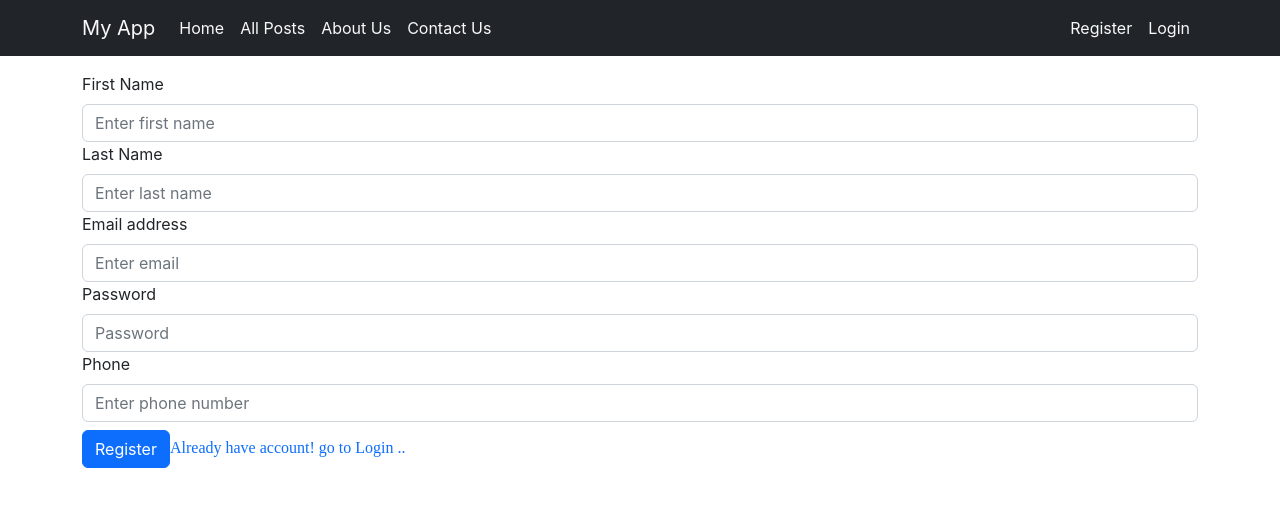
Repository: HiteshKumarMeghwar/react-redux-golang-mysql
Page: /register (app in react-redux/)
These files come from the project's save history. The page is drawn as it stood at one moment and after a run of saves; the edit follows.
The browser window is 1280 px wide. The pictures show the whole page.
Some web libraries are served in a nearby version. The project was rebuilt for these pictures with package versions that can differ from the ones it lists, and the page was loaded fresh each time. Also part of the build but not shown: react-redux/src/App.css, react-redux/src/components/Login.js, react-redux/src/components/Dashboard.js, react-redux/src/components/AllPosts.js, react-redux/src/components/AboutUs.js, react-redux/src/components/ContactUs.js.

Above is the page before, as saved 2023-03-15 11:46:52.

### react-redux/public/index.html
<!DOCTYPE html>
<html lang="en">
  <head>
    <meta charset="utf-8" />
    <link rel="icon" href="%PUBLIC_URL%/favicon.ico" />
    <meta name="viewport" content="width=device-width, initial-scale=1" />
    <meta name="theme-color" content="#000000" />
    <meta
      name="description"
      content="Web site created using create-react-app"
    />
    <link rel="apple-touch-icon" href="%PUBLIC_URL%/logo192.png" />
    <!--
      manifest.json provides metadata used when your web app is installed on a
      user's mobile device or desktop. See https://developers.google.com/web/fundamentals/web-app-manifest/
    -->
    <link rel="manifest" href="%PUBLIC_URL%/manifest.json" />
  <link href="https://cdn.jsdelivr.net/npm/bootstrap@5.0.2/dist/css/bootstrap.min.css" rel="stylesheet" integrity="sha384-EVSTQN3/azprG1Anm3QDgpJLIm9Nao0Yz1ztcQTwFspd3yD65VohhpuuCOmLASjC" crossorigin="anonymous">
  <link rel="stylesheet" href="https://cdnjs.cloudflare.com/ajax/libs/font-awesome/6.3.0/css/all.min.css" integrity="sha512-SzlrxWUlpfuzQ+pcUCosxcglQRNAq/DZjVsC0lE40xsADsfeQoEypE+enwcOiGjk/bSuGGKHEyjSoQ1zVisanQ==" crossorigin="anonymous" referrerpolicy="no-referrer" />
    <!--
      Notice the use of %PUBLIC_URL% in the tags above.
      It will be replaced with the URL of the `public` folder during the build.
      Only files inside the `public` folder can be referenced from the HTML.

      Unlike "/favicon.ico" or "favicon.ico", "%PUBLIC_URL%/favicon.ico" will
      work correctly both with client-side routing and a non-root public URL.
      Learn how to configure a non-root public URL by running `npm run build`.
    -->
    <title>React App</title>
  </head>
  <body>
    <noscript>You need to enable JavaScript to run this app.</noscript>
    <div id="root"></div>
    <!--
      This HTML file is a template.
      If you open it directly in the browser, you will see an empty page.

      You can add webfonts, meta tags, or analytics to this file.
      The build step will place the bundled scripts into the <body> tag.

      To begin the development, run `npm start` or `yarn start`.
      To create a production bundle, use `npm run build` or `yarn build`.
    -->
    <script src="https://cdn.jsdelivr.net/npm/bootstrap@5.0.2/dist/js/bootstrap.bundle.min.js" integrity="sha384-MrcW6ZMFYlzcLA8Nl+NtUVF0sA7MsXsP1UyJoMp4YLEuNSfAP+JcXn/tWtIaxVXM" crossorigin="anonymous"></script>
  </body>
</html>

### react-redux/src/App.js
import React from 'react'
import './App.css'
import Nav from './navbar/Nav'
import { BrowserRouter, Route, Routes } from 'react-router-dom';
import Login from './components/Login'
import Register from './components/Register'
import Dashboard from './components/Dashboard'
import AllPosts from './components/AllPosts'
import AboutUs from './components/AboutUs'
import ContactUs from './components/ContactUs'

const App = () => {
  return (
    <>
      <BrowserRouter>
        <Nav />
        <Routes>
          <Route exact path='/' Component={Dashboard} />
          <Route exact path='/login' Component={Login} />
          <Route exact path='/register' Component={Register} />
          <Route exact path='/all_posts' Component={AllPosts} />
          <Route exact path='/about_us' Component={AboutUs} />
          <Route exact path='/contact_us' Component={ContactUs} />
        </Routes>
      </BrowserRouter>
    </>
  )
}

export default App

### react-redux/src/navbar/Nav.js
import React from 'react'
import { Link } from 'react-router-dom';

const Nav = () => {
    return (
        <>
        <nav className="navbar navbar-expand-lg navbar-light bg-dark">
            <div className="container">
                <Link className="navbar-brand text-light" to="/">My App</Link>
                <div className="collapse navbar-collapse">
                    <ul className="navbar-nav me-auto mb-2 mb-lg-0">
                        <li className="nav-item">
                            <Link className="nav-link text-light" to="/">Home</Link>
                        </li>
                        <li className="nav-item">
                            <Link className="nav-link text-light" to="/all_posts">All Posts</Link>
                        </li>
                        <li className="nav-item">
                            <Link className="nav-link text-light" to="/about_us">About Us</Link>
                        </li>
                        <li className="nav-item">
                            <Link className="nav-link text-light" to="/contact_us">Contact Us</Link>
                        </li>
                    </ul>
                </div>
                <div id="navbarSupportedContent" className='float-end'>
                    <ul className="navbar-nav me-auto mb-2 mb-lg-0">
                        <li className="nav-item">
                            <Link className="nav-link text-light" to="/register">Register</Link>
                        </li>
                        <li className="nav-item">
                            <Link className="nav-link text-light" to="/login">Login</Link>
                        </li>
                    </ul>
                </div>
            </div>
        </nav>
        </>
    )
}

export default Nav

### react-redux/src/components/Register.js
import React, { useState } from 'react'
import { Form, Button } from 'react-bootstrap';
import { Link } from 'react-router-dom';

const Register = () => {

  const [firstName, setFirstName] = useState('');
  const [lastName, setLastName] = useState('');
  const [email, setEmail] = useState('');
  const [password, setPassword] = useState('');
  const [phone, setPhone] = useState('');
  const [errors, setErrors] = useState({});

  const handleSubmit = (e) => {
    e.preventDefault();
    // validate form fields
    const errors = {};
    if (!firstName) {
      errors.firstName = 'First name is required';
    }
    if (!lastName) {
      errors.lastName = 'Last name is required';
    }
    if (!email) {
      errors.email = 'Email is required';
    } else if (!/\S+@\S+\.\S+/.test(email)) {
      errors.email = 'Email is invalid';
    }
    if (!password) {
      errors.password = 'Password is required';
    } else if (password.length < 8) {
      errors.password = 'Password must be at least 8 characters long';
    }
    if (!phone) {
      errors.phone = 'Phone is required';
    }
    if (Object.keys(errors).length > 0) {
      setErrors(errors);
    } else {
      // submit the form
      console.log('Form submitted');
    }
  };

  return (
    <>
      <div className='container pt-3'>
        <Form onSubmit={handleSubmit}>
          <Form.Group controlId="formFirstName">
            <Form.Label>First Name</Form.Label>
            <Form.Control
              type="text"
              placeholder="Enter first name"
              value={firstName}
              onChange={(event) => setFirstName(event.target.value)}
              isInvalid={errors.firstName}
            />
            <Form.Control.Feedback type="invalid">
              {errors.firstName}
            </Form.Control.Feedback>
          </Form.Group>
          <Form.Group controlId="formLastName">
            <Form.Label>Last Name</Form.Label>
            <Form.Control
              type="text"
              placeholder="Enter last name"
              value={lastName}
              onChange={(event) => setLastName(event.target.value)}
              isInvalid={errors.lastName}
            />
            <Form.Control.Feedback type="invalid">
              {errors.lastName}
            </Form.Control.Feedback>
          </Form.Group>
          <Form.Group controlId="formEmail">
            <Form.Label>Email address</Form.Label>
            <Form.Control
              type="email"
              placeholder="Enter email"
              value={email}
              onChange={(event) => setEmail(event.target.value)}
              isInvalid={errors.email}
            />
            <Form.Control.Feedback type="invalid">
              {errors.email}
            </Form.Control.Feedback>
          </Form.Group>
          <Form.Group controlId="formPassword">
            <Form.Label>Password</Form.Label>
            <Form.Control
              type="password"
              placeholder="Password"
              value={password}
              onChange={(event) => setPassword(event.target.value)}
              isInvalid={errors.password}
            />
            <Form.Control.Feedback type="invalid">
              {errors.password}
            </Form.Control.Feedback>
          </Form.Group>
          <Form.Group controlId="formPhone">
            <Form.Label>Phone</Form.Label>
            <Form.Control
              type="tel"
              placeholder="Enter phone number"
              value={phone}
              onChange={(event) => setPhone(event.target.value)}
              isInvalid={errors.phone}
            />
            <Form.Control.Feedback type="invalid">
              {errors.phone}
            </Form.Control.Feedback>
          </Form.Group>
          <div className='pt-2'>
            <Button type='submit' >Register</Button>
            <Link to="/login" className='text-decoration-none' style={{fontFamily: 'cursive'}}>Already have account! go to Login ..</Link>
          </div>
        </Form>
      </div>
    </>
  )
}

export default Register

Loaded but not shown: react-redux/src/index.js (common file); react-redux/src/index.css (common file); react-redux/src/reportWebVitals.js (common file)

After the next 2 saves:
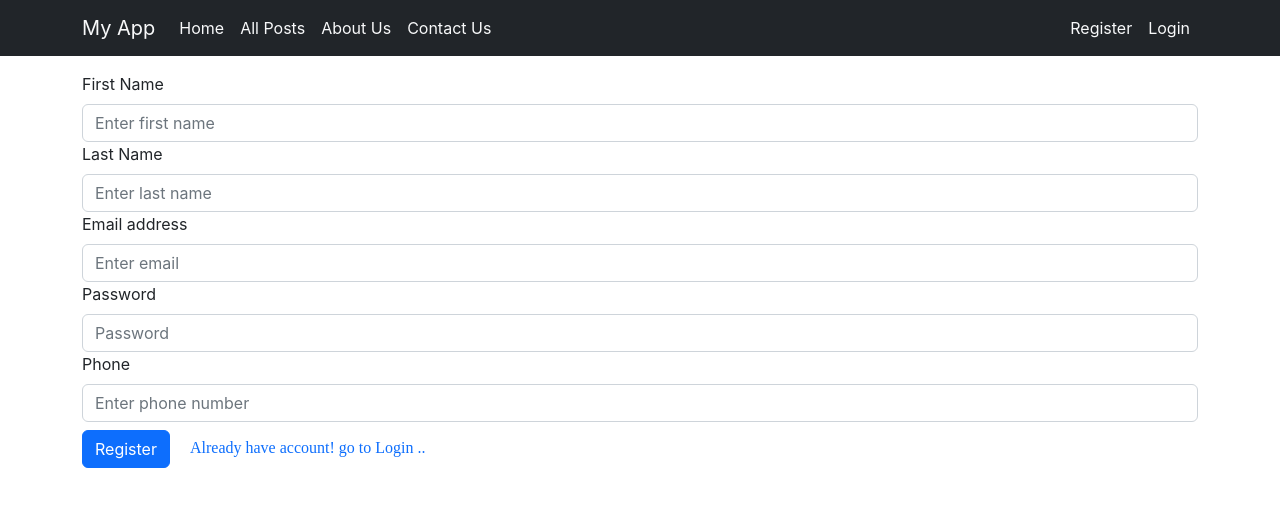
The 2 saves are shown as one change because 1 did not build or start.
The last was saved 48 s later.
--- a/react-redux/src/components/Register.js
+++ b/react-redux/src/components/Register.js
@@ -113,7 +113,10 @@ const Register = () => {
           </Form.Group>
           <div className='pt-2'>
             <Button type='submit' >Register</Button>
-            <Link to="/login" className='text-decoration-none' style={{fontFamily: 'cursive'}}>Already have account! go to Login ..</Link>
+            <Link to="/login" className='text-decoration-none'
+              style={{fontFamily: 'cursive', paddingLeft: '20px'}}>
+                Already have account! go to Login ..
+            </Link>
           </div>
         </Form>
       </div>
